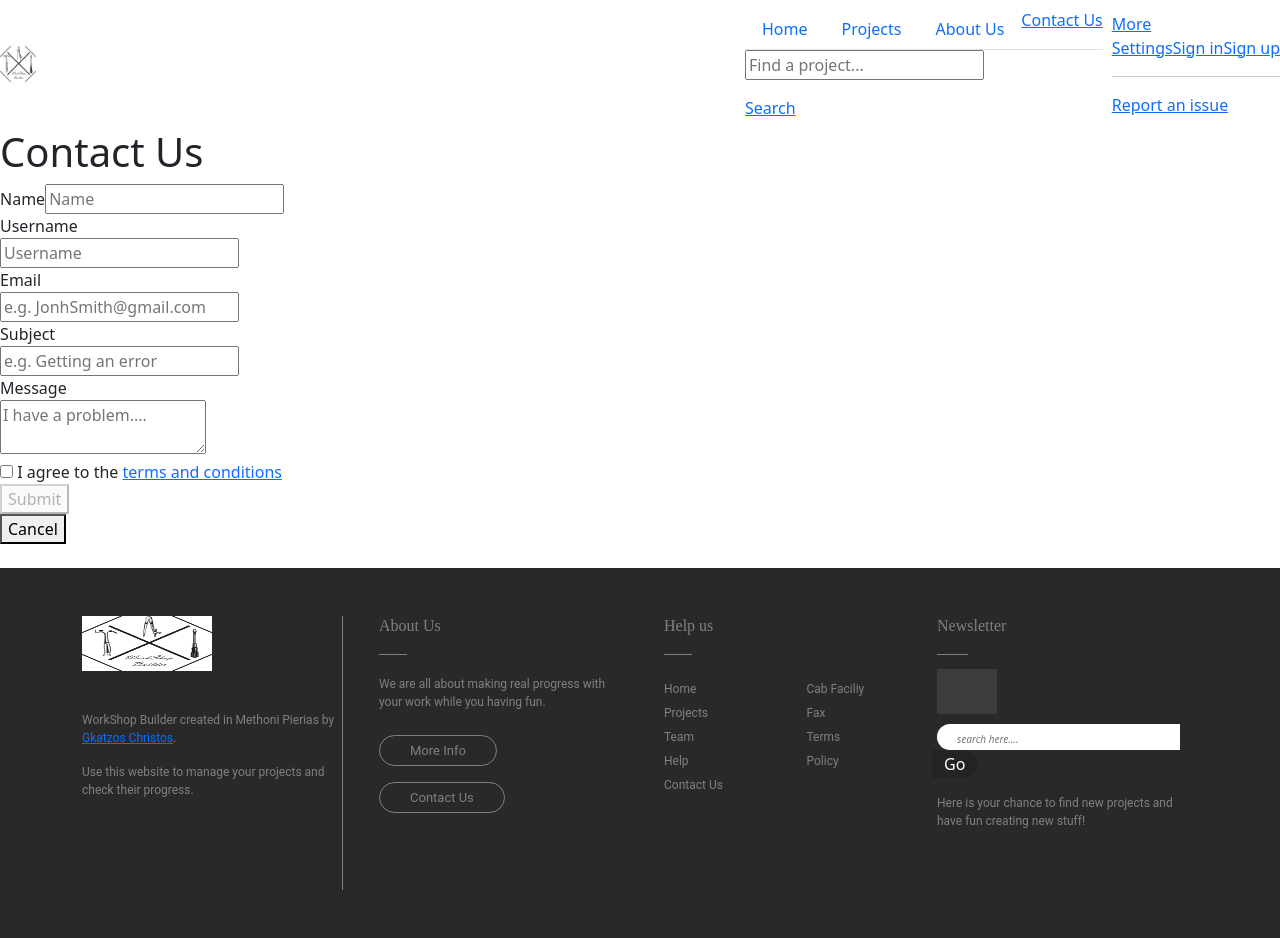
Repository: GkatzosChristos/workshop-builder-ui
Page: /contactUs (app in workshop-builder-ui/)
An editor plug-in stored every save of this project. The page is shown before and after the next save, followed by the edit.
The browser window is 1280 px wide. The pictures show the whole page.
The project was rebuilt for these pictures with package versions that can differ from the ones it lists, and the page was loaded fresh each time. Also part of the build but not shown: workshop-builder-ui/angular.json, workshop-builder-ui/src/app/about-us/about-us.component.ts, workshop-builder-ui/src/app/home/home.component.ts, workshop-builder-ui/src/app/project/project.component.ts.

Above is the page before, as saved 2021-08-27 16:36:51.

### workshop-builder-ui/src/index.html
<!doctype html>
<html lang="en">
<head>
  <meta charset="utf-8">
  <title>WorkshopBuilderUI</title>
  <base href="/">
  <meta name="viewport" content="width=device-width, initial-scale=1">
  <link rel="icon" type="image/x-icon" href="favicon.ico">
</head>

<body>
  <app-root></app-root>
</body>

</html>

### workshop-builder-ui/src/app/app.module.ts
import { NgModule } from '@angular/core';
import { BrowserModule } from '@angular/platform-browser';
import { FormsModule } from '@angular/forms';
import { AppRoutingModule } from './app-routing.module';
import { AppComponent } from './app.component';
import { HeaderComponent } from './header/header.component';
import { FooterComponent } from './footer/footer.component';
import { ContactUsComponent } from './contact-us/contact-us.component';
import { AboutUsComponent } from './about-us/about-us.component';
import { ProjectsComponent } from './project/project.component';
import { HomeComponent } from './home/home.component';

@NgModule({
  declarations: [
    AppComponent,
    HeaderComponent,
    FooterComponent,
    ContactUsComponent,
    AboutUsComponent,
    ProjectsComponent,
    HomeComponent
  ],
  imports: [
    BrowserModule,
    AppRoutingModule,
    FormsModule
  ],
  providers: [],
  bootstrap: [AppComponent]
})
export class AppModule { }

### workshop-builder-ui/src/app/app-routing.module.ts
import { NgModule } from '@angular/core';
import { RouterModule, Routes } from '@angular/router';
import { AboutUsComponent } from './about-us/about-us.component';
import { ContactUsComponent } from './contact-us/contact-us.component';
import { HomeComponent } from './home/home.component';
import { ProjectsComponent } from './project/project.component';

const routes: Routes = [
  {
    path: '',
    component: HomeComponent
  },
  {
    path: 'contactUs',
    component: ContactUsComponent
  },
  {
    path: 'aboutUs',
    component: AboutUsComponent
  },
  {
    path: 'projects',
    component: ProjectsComponent
  },
];

@NgModule({
  imports: [RouterModule.forRoot(routes)],
  exports: [RouterModule]
})
export class AppRoutingModule { }

### workshop-builder-ui/src/app/app.component.ts
import { Component } from '@angular/core';

@Component({
  selector: 'app-root',
  templateUrl: './app.component.html',
  styleUrls: ['./app.component.scss']
})
export class AppComponent {
  title = 'workshop-builder-ui';
}

### workshop-builder-ui/src/app/contact-us/contact-us.component.ts
import { Component, OnInit } from '@angular/core';
import { FormGroup } from '@angular/forms';

@Component({
  selector: 'app-contact-us',
  templateUrl: 'contact-us.html',
  styles: [
  ]
})
export class ContactUsComponent implements OnInit {
  name: string='';
  username: string='';
  email: string='';
  subject: string='';
  message: string='';


  constructor() { }

  ngOnInit(): void {
  }

  submitForm(){
    const result = `${this.name}, your submission was successful! We will contact you at ${this.email} as soon as possible!`;
    alert(result);
  }

  onReset(){
    location.reload();
  }

}

### workshop-builder-ui/src/app/header/header.component.html
<head>
    <title>header</title>
    <meta charset="utf-8">
</head>
<header>
    <nav class="navbar" role="navigation" aria-label="main navigation">
        <div class="navbar-brand">
            <a class="navbar-item" routerLink="/">
                <img src="/assets/images/workshop_logo.jpg" alt="WorkShop Builder">
            </a>
        </div>
        <div id="navbar" class="navbar-menu has-text-centered">
            <ul class="nav nav-tabs">
                <li class="nav-item">
                    <a class="nav-link" routerLink="/"><i class="fa fa-home mr-1"
                            aria-hidden="true"></i>Home</a>
                </li>
                <li class="nav-item">
                    <a class="nav-link" routerLink="/projects"><i class="fa fa-tasks mr-1"
                            aria-hidden="true"></i>Projects</a>
                </li>
                <li class="nav-item">
                    <a class="nav-link" routerLink="/aboutUs"><i class="fa fa-building mr-1"
                            aria-hidden="true"></i>About Us</a>
                </li>
                <li class="nav-item">
                    <a class="navbar-item has-text-white " routerLink="/contactUs"><i class="fa fa-envelope mr-1"
                            aria-hidden="true"></i>Contact Us</a>
                </li>
            </ul>

            <div class="control has-addons">
                <p class="control is-expanded"><input class="input" type="text" placeholder="Find a project..."></p>
            </div>
            <div class="control">
                <a class="button is-light is-outlined">
                    Search
                </a>
            </div>
        </div>
        <div class="navbar-end">
            <div class="navbar-item has-dropdown is-hoverable">
                <a class="navbar-link has-text-white">
                    More
                </a>
                <div class="navbar-dropdown is-right has-background-dark ">
                    <a class="navbar-item has-text-white" href="#"><i class="fa fa-cog mr-1"
                            aria-hidden="true"></i>Settings</a>
                    <a class="navbar-item has-text-white" href="#"><i class="fa fa-sign-in mr-1"
                            aria-hidden="true"></i>Sign in</a>
                    <a class="navbar-item has-text-white" href="#"><i class="fa fa-user-plus mr-1"
                            aria-hidden="true"></i>Sign up</a>
                    <hr class="navbar-divider">
                    <a class="navbar-item has-text-white" href="/contactUs"><i class="fa fa-exclamation-triangle mr-1"
                            aria-hidden="true"></i>Report an issue</a>
                </div>
            </div>
        </div>
    </nav>
</header>

### workshop-builder-ui/src/app/header/header.component.scss
img {
    height: 5%;
    width: 5%;
}

### workshop-builder-ui/src/app/footer/footer.component.html
<head>
    <title>Footer</title>
    <meta charset="utf-8">
</head>
<footer class="container-fluid bg-grey py-5">
    <div class="container">
        <div class="row">
            <div class="col-md-6">
                <div class="row">
                    <div class="col-md-6 ">
                        <div class="logo-part">
                            <img src="/assets/images/workshop_logo.jpg" class="w-50 logo-footer">
                            <p>WorkShop Builder created in Methoni Pierias by <a
                                    href="https://www.linkedin.com/in/christos-gkatzos/">Gkatzos Christos</a>.</p>
                            <p>Use this website to manage your projects and check their progress.</p>
                        </div>
                    </div>
                    <div class="col-md-6 px-4">
                        <h6> About Us</h6>
                        <p>We are all about making real progress with your work while you having fun.</p>
                        <a href="#" class="btn-footer"> More Info </a><br>
                        <a href="#" class="btn-footer"> Contact Us</a>
                    </div>
                </div>
            </div>
            <div class="col-md-6">
                <div class="row">
                    <div class="col-md-6 px-4">
                        <h6> Help us</h6>
                        <div class="row ">
                            <div class="col-md-6">
                                <ul>
                                    <li> <a href="#"> Home</a> </li>
                                    <li> <a href="#"> Projects</a> </li>
                                    <li> <a href="#"> Team</a> </li>
                                    <li> <a href="#"> Help</a> </li>
                                    <li> <a href="#"> Contact Us</a> </li>
                                </ul>
                            </div>
                            <div class="col-md-6 px-4">
                                <ul>
                                    <li> <a href="#"> Cab Faciliy</a> </li>
                                    <li> <a href="#"> Fax</a> </li>
                                    <li> <a href="#"> Terms</a> </li>
                                    <li> <a href="#"> Policy</a> </li>
                                </ul>
                            </div>
                        </div>
                    </div>
                    <div class="col-md-6 ">
                        <h6> Newsletter</h6>
                        <div class="social">
                            <a href="#"><i class="fa fa-facebook mr-1" aria-hidden="true"></i></a>
                            <a href="#"><i class="fa fa-instagram" aria-hidden="true"></i></a>
                        </div>
                        <form class="form-footer my-3">
                            <input type="text" placeholder="search here...." name="search">
                            <input type="button" value="Go">
                        </form>
                        <p>Here is your chance to find new projects and have fun creating new stuff!</p>
                    </div>
                </div>
            </div>
        </div>
    </div>
</footer>

### workshop-builder-ui/src/app/footer/footer.component.scss
body {
    font-family: 'Signika', sans-serif;
 }
 .bg-grey {
    background: #292929;
 }
 .logo-footer {
    margin-bottom: 40px;
 }
 footer {
    color: grey;
 }
 footer p, a {
    font-size: 12px;
    font-family: 'Roboto', sans-serif;
}
footer h6 {
    font-family: 'Playfair Display', serif;
    margin-bottom: 40px;
    position: relative;
}
footer h6:after {
    position: absolute;
    content: "";
    background: grey;
    width: 12%;
    height: 1px;
    left: 0;
    bottom: -20px;
}
.btn-footer {
    color: grey;
    text-decoration: none;
    border: 1px solid;
    border-radius: 43px;
    font-size: 13px;
    padding: 7px 30px;
    line-height: 47px;
 }

 .btn-footer:hover {
    text-decoration: none;
 }

.form-footer input[type="text"] {
    border: none;
    border-radius: 16px 0 0 16px;
    outline: none;
    padding-left: 10px;
}

::placeholder {
    font-size: 10px;
    padding-left: 10px;
    font-style: italic;
}

.form-footer input[type="button"] {
    border: none;
    background:#232323;
    margin-left: -5px;
    color: #fff;
    outline: none;
    border-radius: 0 16px 16px 0;
    padding: 2px 12px;
}

.social .fa {
    color: grey;
    font-size: 22px;
    padding: 10px 15px;
    background: #3c3c3c;
}

footer ul li {
    list-style: none;
    display: block;
}

footer ul  {
    padding-left: 0;
}
footer ul  li a{
    text-decoration: none;
    color: grey;
    text-decoration:none;
}

a:hover {
    text-decoration: none;
    color: #f5f5f5 !important;
}

.logo-part {
    border-right: 1px solid grey;
    height: 100%;
}

img {
    height: 20%;
    width: 20%;
}

### workshop-builder-ui/src/app/contact-us/contact-us.html
<h1 class="title has-text-centered">Contact Us</h1>
<body>
  <section>
      <form (ngSubmit)="submitForm()" #contactForm="ngForm">
        <div class="field">
        <div class="field">
          <label class="label has-text-centered">Name</label>
          <input
            class="input"
            type="text"
            name="name"
            placeholder="Name"
            [(ngModel)]="name"
            #nameInput="ngModel"
            required>
            <div class="help is-error" *ngIf="nameInput.invalid && nameInput.touched">
                <p class="help is-danger">This username is required!</p>
            </div>
            <div class="help is-error" *ngIf="nameInput.valid && nameInput.dirty">
                <p class="help is-success">This username is Availible!</p>
            </div>
        </div>
        <div class="field column is-4">
          <label class="label has-text-centered">Username</label>
          <div class="control has-icons-left has-icons-right">
            <input
              class="input"
              type="text"
              name="usename"
              placeholder="Username"
              [(ngModel)]="username"
              #usernameInput="ngModel"
              required>
            <span class="icon is-small is-left">
              <i class="fa fa-user"></i>
            </span>
            <div class="help is-error" *ngIf="usernameInput.invalid && usernameInput.touched">
                <p class="help is-danger">This username is required!</p>
            </div>
            <div class="help is-error" *ngIf="usernameInput.valid && usernameInput.dirty">
                <p class="help is-success">This username is Availible!</p>
            </div>
          </div>
        </div>

        <div class="field column is-4">
          <label class="label has-text-centered">Email</label>
          <div class="control has-icons-left">
            <input
              class="input"
              type="email"
              name="email"
              placeholder="e.g. JonhSmith@gmail.com"
              #emailInput="ngModel"
              [(ngModel)]="email"
              required
              email>
            <span class="icon is-small is-left">
              <i class="fa fa-envelope"></i>
            </span>
            <div class="help is-error is-danger" *ngIf="emailInput.invalid && emailInput.touched">
                <p class="help is-danger">The email required and must be valid!</p>
            </div>
            <div class="help is-error" *ngIf="emailInput.valid && emailInput.dirty">
                <p class="help is-success">This email is valid!</p>
            </div>
          </div>
        </div>

        <div class="field column is-4">
          <label class="label has-text-centered">Subject</label>
          <div class="control">
            <input class="input is-expand" type="text" name="subject" placeholder="e.g. Getting an error" [(ngModel)]="subject">
          </div>
        </div>

        <div class="field column is-4 ">
          <label class="label has-text-centered">Message</label>
          <div class="control">
            <textarea class="textarea" name="message" placeholder="I have a problem...." [(ngModel)]="message"></textarea>
          </div>
        </div>

        <div class="field">
          <div class="control">
            <label class="checkbox">
              <input type="checkbox"
              #checkboxInput>
              I agree to the <a href="#">terms and conditions</a>
            </label>
          </div>
        </div>

        <div class="field is-grouped mb-4 is-grouped-centered">
          <div class="control">
            <button class="button is-link" [disabled]="contactForm.invalid">Submit</button>
          </div>
          <div class="control">
            <button class="button is-link is-light" type="reset" (click)="onReset()" >Cancel</button>
          </div>
        </div>
        </div>
      </form>
  </section>
  </body>

Loaded but not shown: workshop-builder-ui/src/styles.scss (common file); workshop-builder-ui/src/main.ts (common file); workshop-builder-ui/src/environments/environment.ts (common file); workshop-builder-ui/src/app/header/header.component.ts (common file); workshop-builder-ui/src/app/footer/footer.component.ts (common file); workshop-builder-ui/src/app/app.component.html (common file); workshop-builder-ui/src/app/app.component.scss (no stored copy; drawn as an empty file); workshop-builder-ui/src/app/project/project.scss (no stored copy; drawn as an empty file)

After the next save:
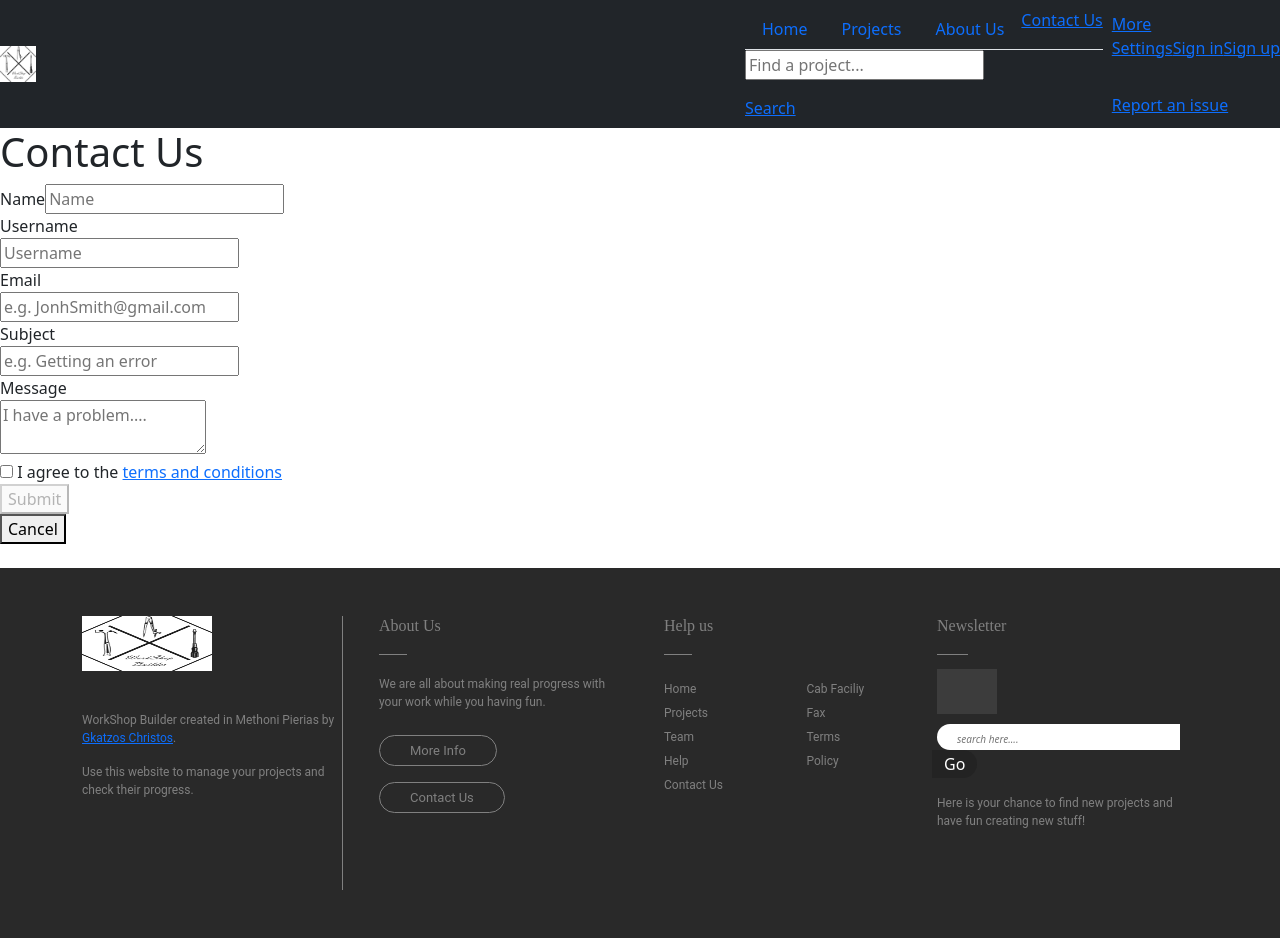
Saved 48 s later.
--- a/workshop-builder-ui/src/app/header/header.component.html
+++ b/workshop-builder-ui/src/app/header/header.component.html
@@ -3,7 +3,7 @@
     <meta charset="utf-8">
 </head>
 <header>
-    <nav class="navbar" role="navigation" aria-label="main navigation">
+    <nav class="navbar navbar-dark bg-dark" role="navigation" aria-label="main navigation">
         <div class="navbar-brand">
             <a class="navbar-item" routerLink="/">
                 <img src="/assets/images/workshop_logo.jpg" alt="WorkShop Builder">

After the save that followed:
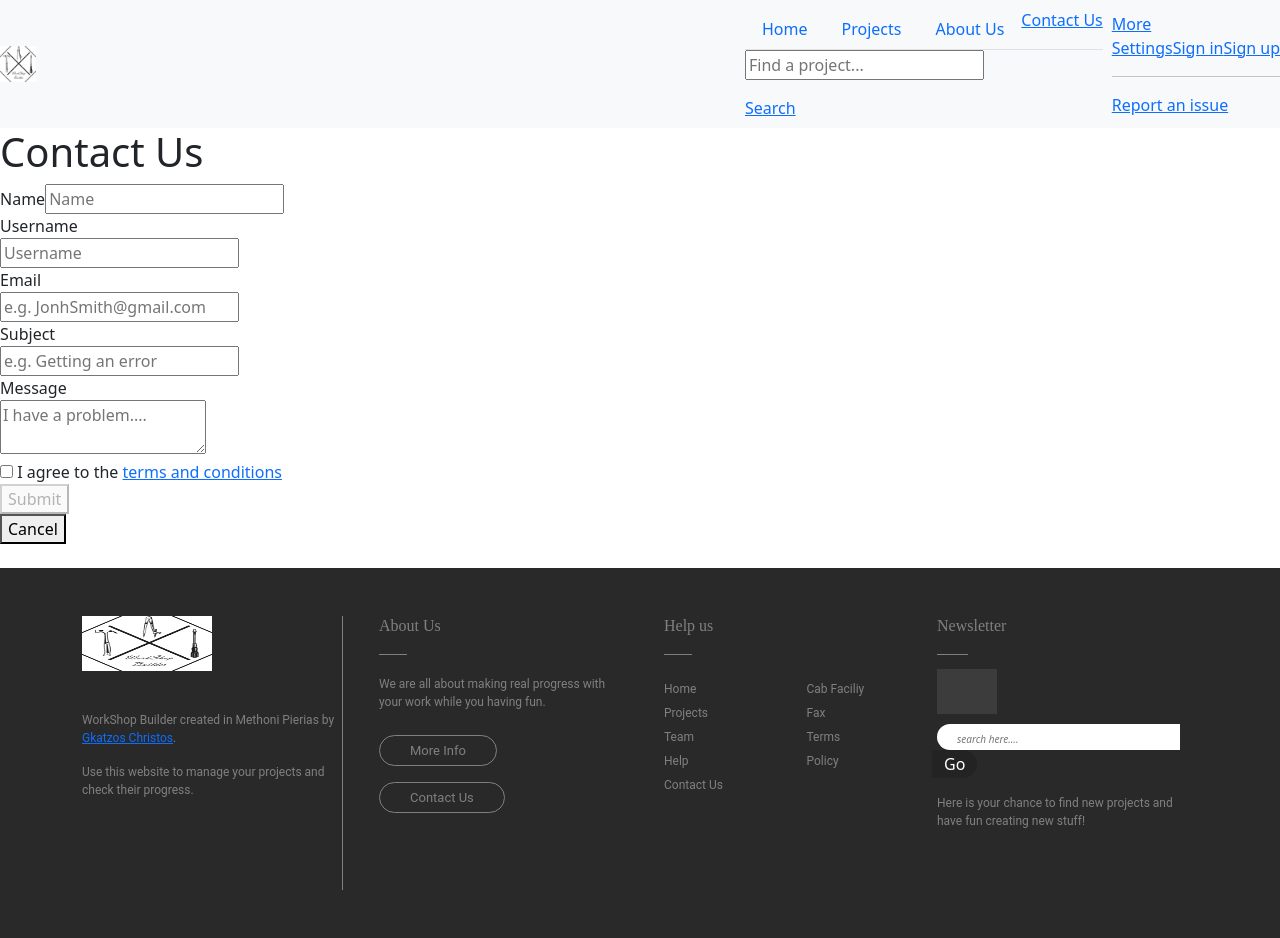
Saved 32 s later.
--- a/workshop-builder-ui/src/app/header/header.component.html
+++ b/workshop-builder-ui/src/app/header/header.component.html
@@ -3,7 +3,7 @@
     <meta charset="utf-8">
 </head>
 <header>
-    <nav class="navbar navbar-dark bg-dark" role="navigation" aria-label="main navigation">
+    <nav class="navbar navbar-dark bg-light" role="navigation" aria-label="main navigation">
         <div class="navbar-brand">
             <a class="navbar-item" routerLink="/">
                 <img src="/assets/images/workshop_logo.jpg" alt="WorkShop Builder">
